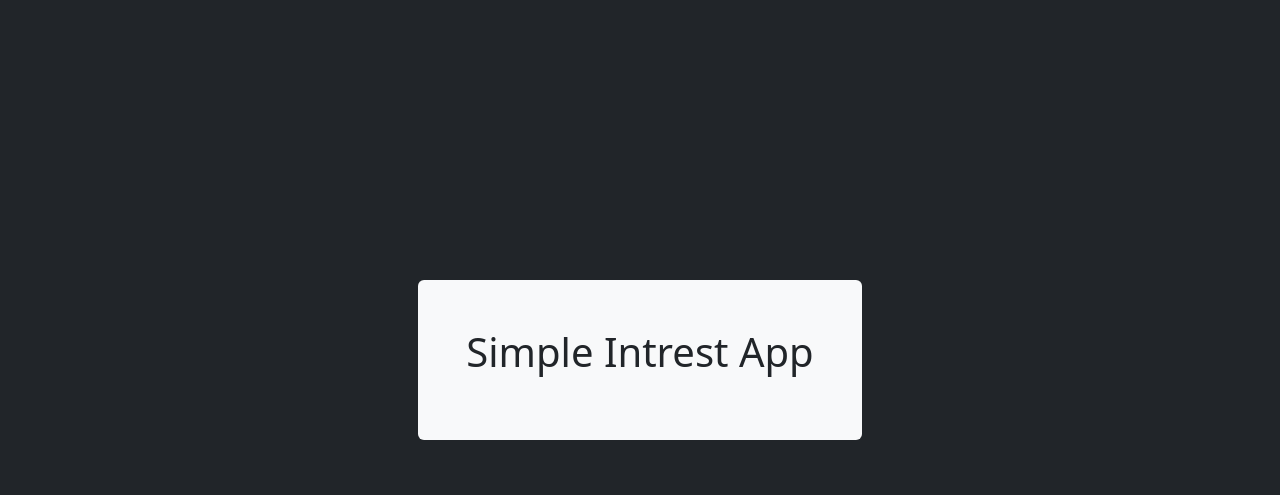
Repository: Afraz13/simple-intrest
Page: /
The author's editor kept a copy of each file at every save. The page is drawn from the files as they stood at one save, then again after the next save.
The browser window is 1280 px wide. The pictures show the whole page.
The project was rebuilt for these pictures with package versions that can differ from the ones it lists, and the page was loaded fresh each time. Also part of the build but not shown: src/index.css, src/App.css.

Above is the page before, as saved 2024-07-15 20:24:26.

### public/index.html
<!DOCTYPE html>
<html lang="en">
  <head>
    <meta charset="utf-8" />

    <meta name="viewport" content="width=device-width, initial-scale=1" />
    <link href="https://cdn.jsdelivr.net/npm/bootstrap@5.3.3/dist/css/bootstrap.min.css" rel="stylesheet" integrity="sha384-QWTKZyjpPEjISv5WaRU9OFeRpok6YctnYmDr5pNlyT2bRjXh0JMhjY6hW+ALEwIH" crossorigin="anonymous">

    <title>Simple Intrest</title>
  </head>
  <body>

    <div id="root"></div>

  </body>
</html>

### src/App.js

import './App.css';

function App() {
  return (
    <div style={{height:'100vh'}} className='d-flex justify-content-center align-items-center w-100 bg-dark'>
    <div className='bg-light p-5 rounded'>
    <h1>Simple Intrest App</h1>
    <p></p>
    </div>
    </div>
  );
}

export default App;

Loaded but not shown: src/index.js (common file)

After the next save:
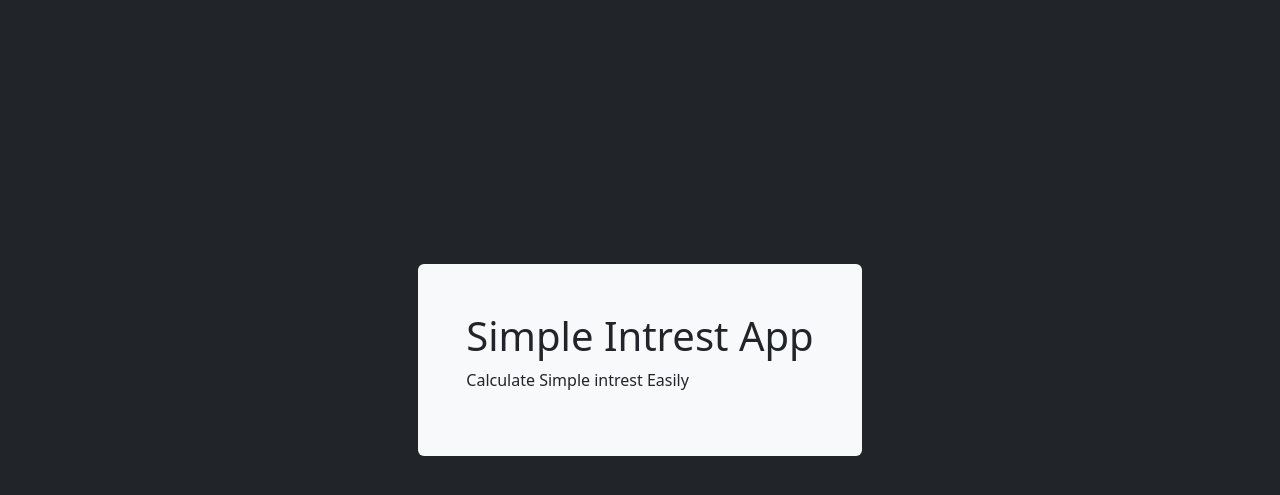
Saved 17 s later.
--- a/src/App.js
+++ b/src/App.js
@@ -6,7 +6,7 @@ function App() {
     <div style={{height:'100vh'}} className='d-flex justify-content-center align-items-center w-100 bg-dark'>
     <div className='bg-light p-5 rounded'>
     <h1>Simple Intrest App</h1>
-    <p></p>
+    <p>Calculate Simple intrest Easily</p>
     </div>
     </div>
   );
